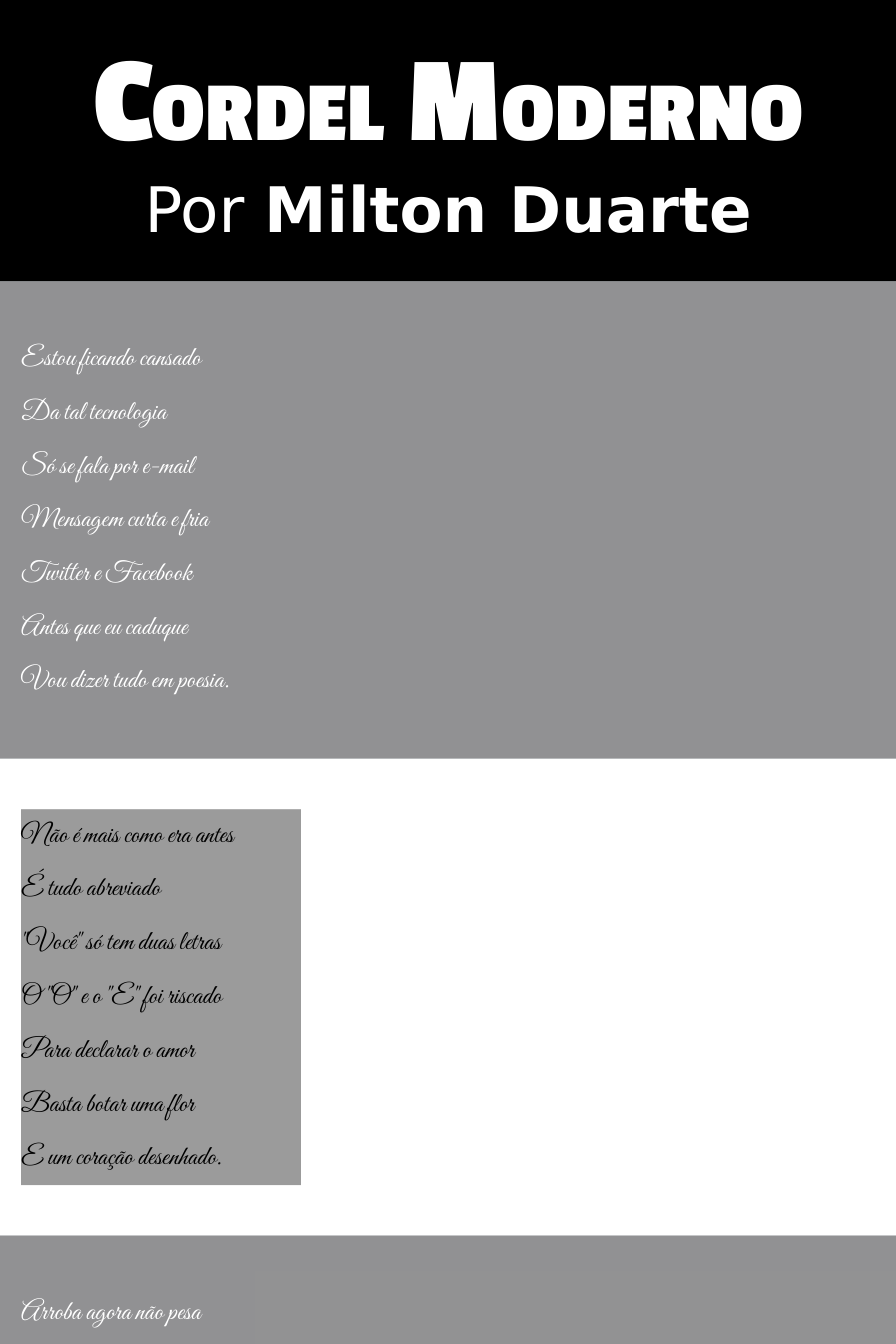
Repository: Lucianorodriguesdev/cursoHTML-CSS
Page: dasafios/index.html
The author's editor kept a copy of each file at every save. The page is drawn from the files as they stood at one save, then again after the next save.
The browser window is 1280 px wide. The pictures show the part of the page from y = 0 to 1920 px (the page is 4924 px tall before and 3541 px after), at 70% of full size.

Above is the page before, as saved 2026-06-17 10:00:20.

### dasafios/index.html
<!DOCTYPE html>
<html lang="pt-br">
<head>
    <meta charset="UTF-8">
    <meta name="viewport" content="width=device-width, initial-scale=1.0">
    <title>Cordel Moderno</title>
    <link rel="stylesheet" href="estilo/style.css">
</head>
<body>
    <header>
        <h1>Cordel Moderno</h1>
        <p>Por <a href="https://www.recantodasletras.com.br/poesias/3186743" target="_blank">Milton Duarte</a></p>

    </header>
    <section class="normal">
        <p>
            Estou ficando cansado<br>
            Da tal tecnologia<br>
            Só se fala por e-mail<br>
            Mensagem curta e fria<br>
            Twitter e Facebook<br>
            Antes que eu caduque<br>
            Vou dizer tudo em poesia.
        </p>
    </section>



    <section class="imagem">
        <p>
            Não é mais como era antes<br>
            É tudo abreviado<br>
            "Você" só tem duas letras<br>
            O "O" e o "E" foi riscado<br>
            Para declarar o amor<br>
            Basta botar uma flor<br>
            E um coração desenhado.
        </p>
    </section>



    <section class="normal">
        <p>
            Arroba agora não pesa<br>
            É parte de um endereço<br>
            Ponto final nem se usa<br>
            Ou vai até no começo<br>
            Agora é .com<br>
            Se o saite é muito bom<br>
            Ele vale um alto preço.
        </p>

        <p>
            Pra piorar a liguagem<br>
            O emoticom é um risco<br>
            Tem símbolo para tudo<br>
            Ponto e vírgula e um asterisco<br>
            Um beijo significa<br>
            Pra entender como fica<br>
            Decifre esse rabisco.
        </p>
    </section>



    <section class="imagem">
        <p>
            Tenho saudade das cartas<br>
            Escritas com a própria mão<br>
            Mandava no mês de Junho<br>
            Só chegava no Verão<br>
            Mas matava a saudade<br>
            Era texto de verdade<br>
            Nas linhas do coração.
        </p>
    </section>



    <section class="normal">
        <p>
            Agora, escrevo e envio<br>
            Chegando na mesma hora<br>
            Mas quando vou prosear<br>
            A pessoa foi embora<br>
            Abriu outro aplicativo<br>
            O mundo ficou cativo<br>
            Da tecnologia do agora.
        </p>

        <p>
            Felizmente, pra orar<br>
            Não precisa de internet<br>
            Deus escuta todo mundo<br>
            Se quiser, faça esse teste<br>
            Dois pontos são dois joelhos<br>
            Seus lábios são aparelhos<br>
            Deixe que Deus interprete.
        </p>
    </section>
    <footer>
        <p>Site criado por <a href="https://github.com/Lucianorodriguesdev" target="_blank">Luciano Rodrigues</a> para o <a href="www.cursoemvideo.com" target="_blank">curso em video</a></p>
    </footer>

</body>
</html>

### dasafios/estilo/style.css
@charset_"UTF-8";
@import url('https://fonts.googleapis.com/css2?family=Passion+One:wght@400;700;900&display=swap');
@import url('https://fonts.googleapis.com/css2?family=Great+Vibes&display=swap');
:root{
    --fonte1: Verdana, Geneva, Tahoma, sans-serif;
    --fonte2: "Passion One", sans-serif;
    --fonte3: "Great Vibes", cursive;
}

*{
    margin: 0px;
    padding: 0px;

}
body{
    min-height: 100vh;
    background-color: aliceblue;
    font-family: var(--fonte1);
}
header{
    background-color: black;
    font-size: 7vw;
    text-align: center;
}
header> h1{
    color: white;
    padding-top: 50px;
    font-variant: small-caps;
    font-family: var(--fonte2);

}
header>p{
    padding-bottom: 50px;
    color: white;
}
section{
    padding-bottom: 10vh;
    padding-top: 10vh;
    line-height: 2em;
    padding-left: 30px;
    font-family: var(--fonte3);
    font-size: 3vw;
}
section.normal{
    background-color: rgba(123, 121, 121, 0.803);
    color: white;
}
section.imagem{
    background-color: white;
    color: black;
}
section.imagem>p{
    width: 400px;
    background-color: rgba(0, 0, 0, 0.392);
}
header a, footer a{
    color:white;
    text-decoration: none;
    font-weight: bolder;
}
header a:hover, footer a:hover{
    text-decoration: underline;
}
footer{
    background-color: black;
    text-align: center;
    color:white;
    padding: 10px;

}

After the next save:
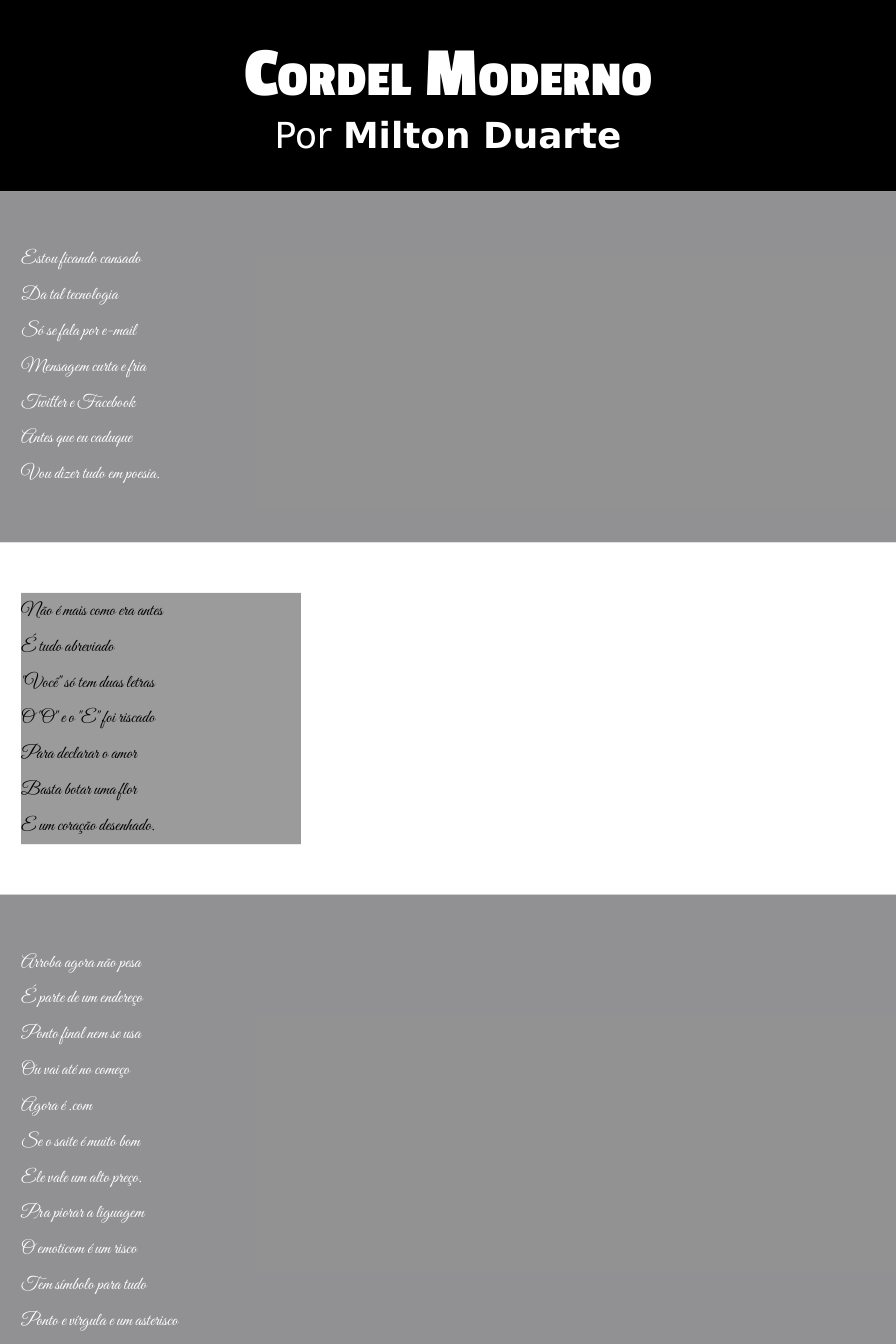
Saved 27 s later.
--- a/dasafios/estilo/style.css
+++ b/dasafios/estilo/style.css
@@ -19,7 +19,7 @@ body{
 }
 header{
     background-color: black;
-    font-size: 7vw;
+    font-size: 4vw;
     text-align: center;
 }
 header> h1{
@@ -39,7 +39,7 @@ section{
     line-height: 2em;
     padding-left: 30px;
     font-family: var(--fonte3);
-    font-size: 3vw;
+    font-size: 2vw;
 }
 section.normal{
     background-color: rgba(123, 121, 121, 0.803);
